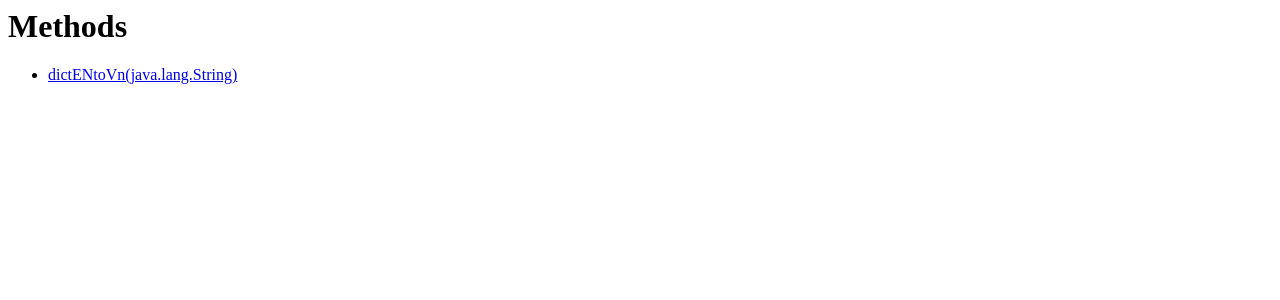
Repository: Dangg702/PTHTPT_JAVA
Page: http://localhost/SoapDictionaryClient/sampleDictServicesImplProxy/Method.jsp
An editor plug-in stored every save of this project. The page is shown before and after the next save, followed by the edit.
The browser window is 1280 px wide. The pictures show the whole page.
The page is served by Tomcat 9. Other server files are loaded and not shown.

Above is the page before, as saved 2023-04-26 07:19:08.

### SoapDictionary/SoapDictionaryClient/WebContent/sampleDictServicesImplProxy/Method.jsp
<%@page contentType="text/html;charset=UTF-8"%><HTML>
<HEAD>
<TITLE>Methods</TITLE>
</HEAD>
<BODY>
<H1>Methods</H1>
<UL>
<LI><A HREF="Input.jsp?method=1" TARGET="inputs"> dictENtoVn(java.lang.String)</A></LI>
</UL>
</BODY>
</HTML>

After the next save:
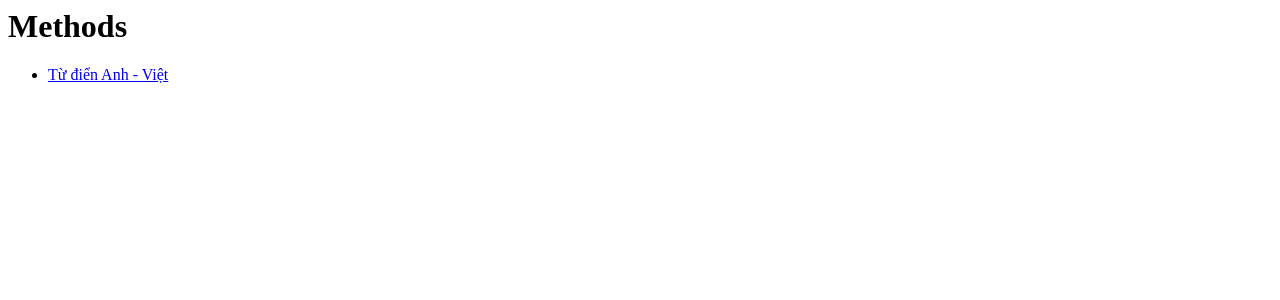
Saved 5 min 49 s later.
--- a/SoapDictionary/SoapDictionaryClient/WebContent/sampleDictServicesImplProxy/Method.jsp
+++ b/SoapDictionary/SoapDictionaryClient/WebContent/sampleDictServicesImplProxy/Method.jsp
@@ -5,7 +5,7 @@
 <BODY>
 <H1>Methods</H1>
 <UL>
-<LI><A HREF="Input.jsp?method=1" TARGET="inputs"> dictENtoVn(java.lang.String)</A></LI>
+<LI><A HREF="Input.jsp?method=1" TARGET="inputs"> Từ điển Anh - Việt</A></LI>
 </UL>
 </BODY>
 </HTML>
